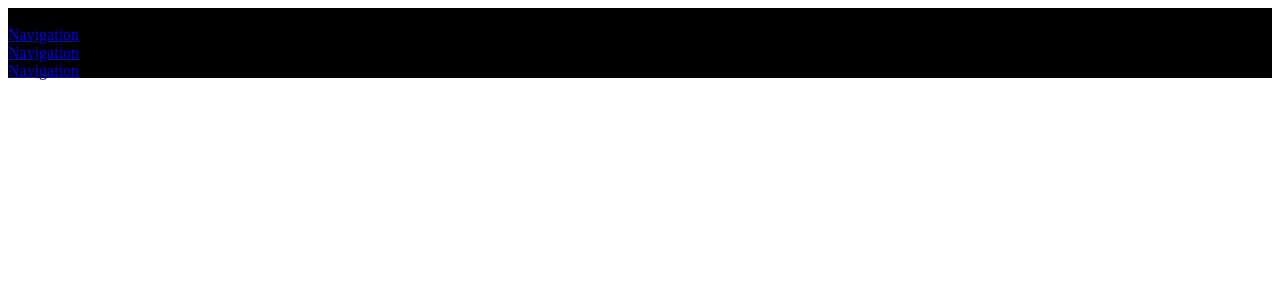
Repository: piotrokrutniak/Projekt-Studia
Page: index.html
These files come from the project's save history. The page is drawn as it stood at one moment and after the next save; the edit follows.
The browser window is 1280 px wide. The pictures show the whole page.

Above is the page before, as saved 2023-03-04 02:10:34.

### index.html
<!DOCTYPE html>
<head>
    <meta charset="UTF-8" />
    <meta http-equiv="X-UA-Compatible" content="IE=edge" />
    <meta name="viewport" content="width=device-width, initial-scale=1.0" />
    <link rel="stylesheet" type="text/css" href="styles.css" />
    <title>Websute Title</title>
</head>
<body>
    <div class="navbar-container">
        <div class="navbar">
            <div class="logo">WebsiteLogo</div>
            <div class="navigation">
                <a href="/index">
                    <div class="navigation-button">
                        Navigation
                    </div>
                </a>
                <a href="/index">
                    <div class="navigation-button">
                        Navigation
                    </div>
                </a>
                <a href="/index">
                    <div class="navigation-button">
                        Navigation
                    </div>
                </a>
            </div>
        </div>
    </div>
</body>

### styles.css
.navbar{
    width: 100%;
    height: 70px;
    background: black;
    position: sticky;
    top: 0;
}

After the next save:
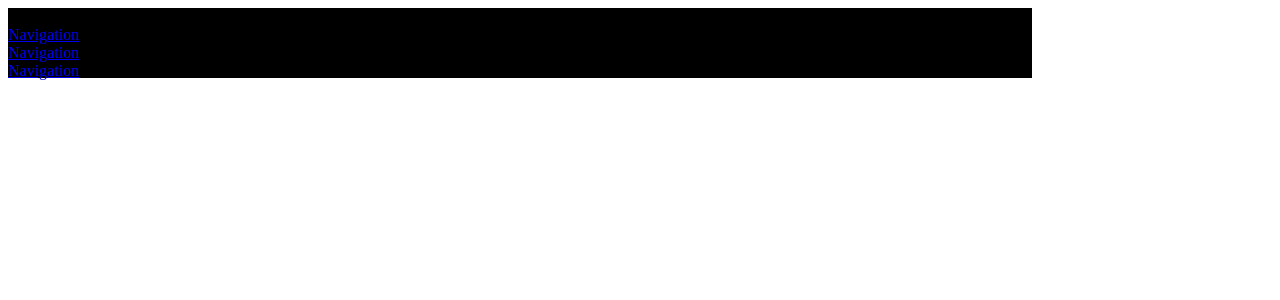
Saved 49 s later.
--- a/styles.css
+++ b/styles.css
@@ -5,3 +5,9 @@
     position: sticky;
     top: 0;
 }
+
+.navbar-container{
+    position: relative;
+    max-width: 1024px;
+    min-width: 328px;
+}
